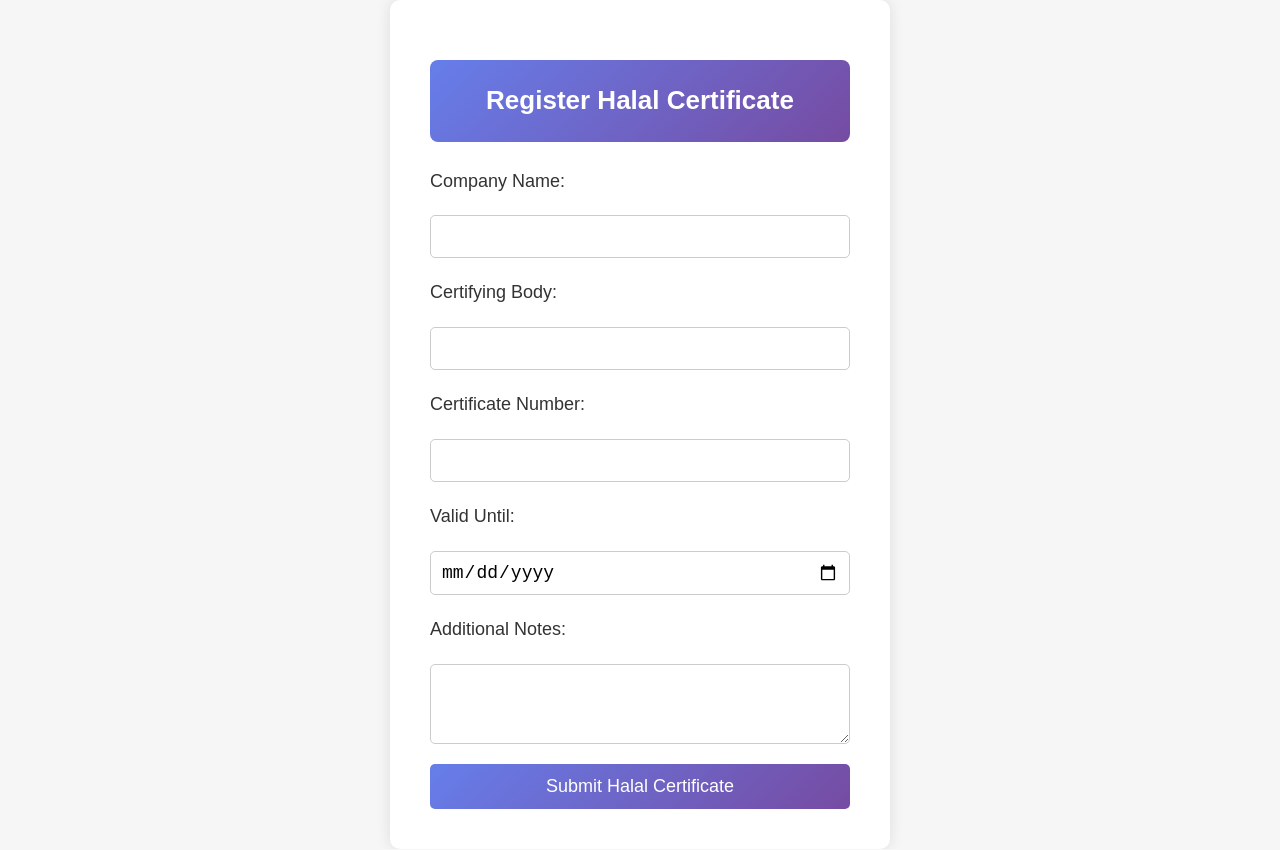
Repository: HarrishPanicker1/Blockchain_Group_AI_Assignment
Page: frontend/adding_halal_certification.html
The author's editor kept a copy of each file at every save. The page is drawn from the files as they stood at one save, then again after a run of saves.
The browser window is 1280 px wide. The pictures show the whole page.

Above is the page before, as saved 2025-06-15 23:14:35.

After the next 2 saves:
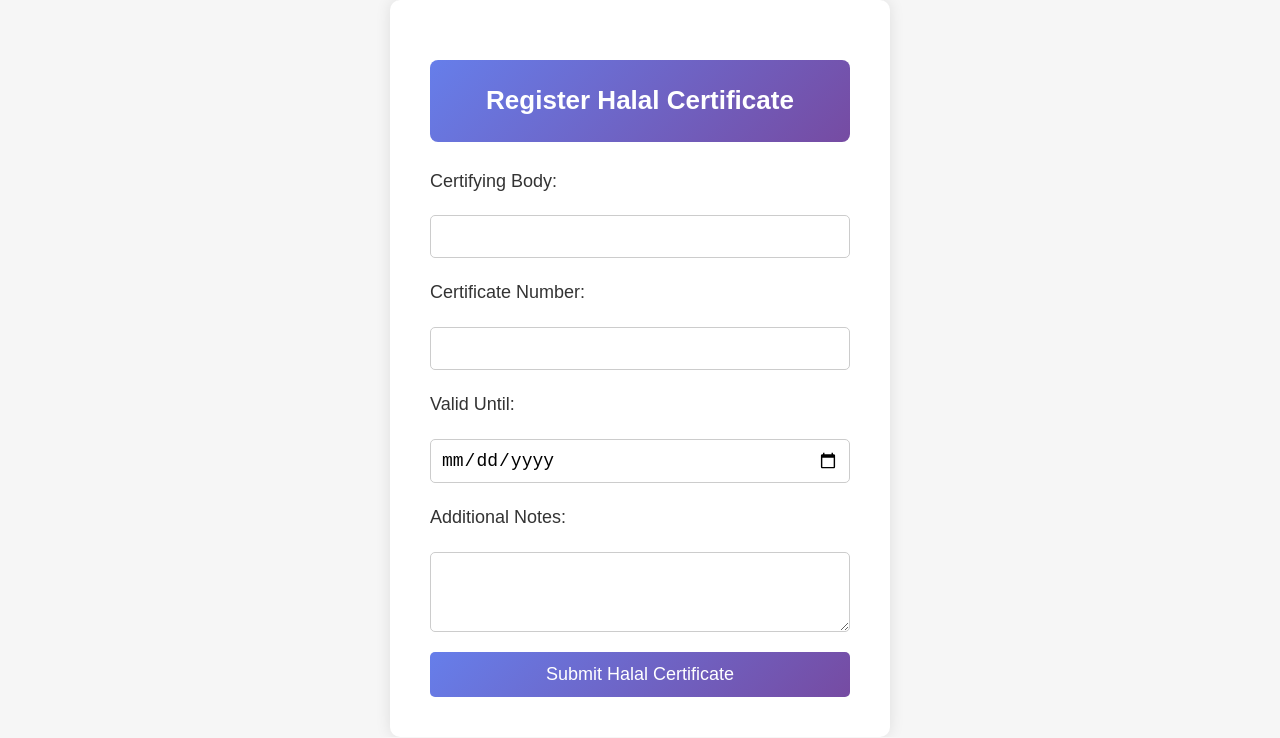
Console error: TypeError: Cannot read properties of null (reading 'addEventListener')
The 2 saves are shown as one change because they came seconds apart.
The last was saved 7 min 51 s later.
--- a/frontend/adding_halal_certification.html
+++ b/frontend/adding_halal_certification.html
@@ -12,9 +12,7 @@
   <div class="form-container">
     <h2>Register Halal Certificate</h2>
 
-    <form id="halalForm">
-      <label for="company">Company Name:</label>
-      <input type="text" id="company" required></select>
+    <form id="halalForm
 
 
       <label for="certBody">Certifying Body:</label>

After the 5 saves that followed:
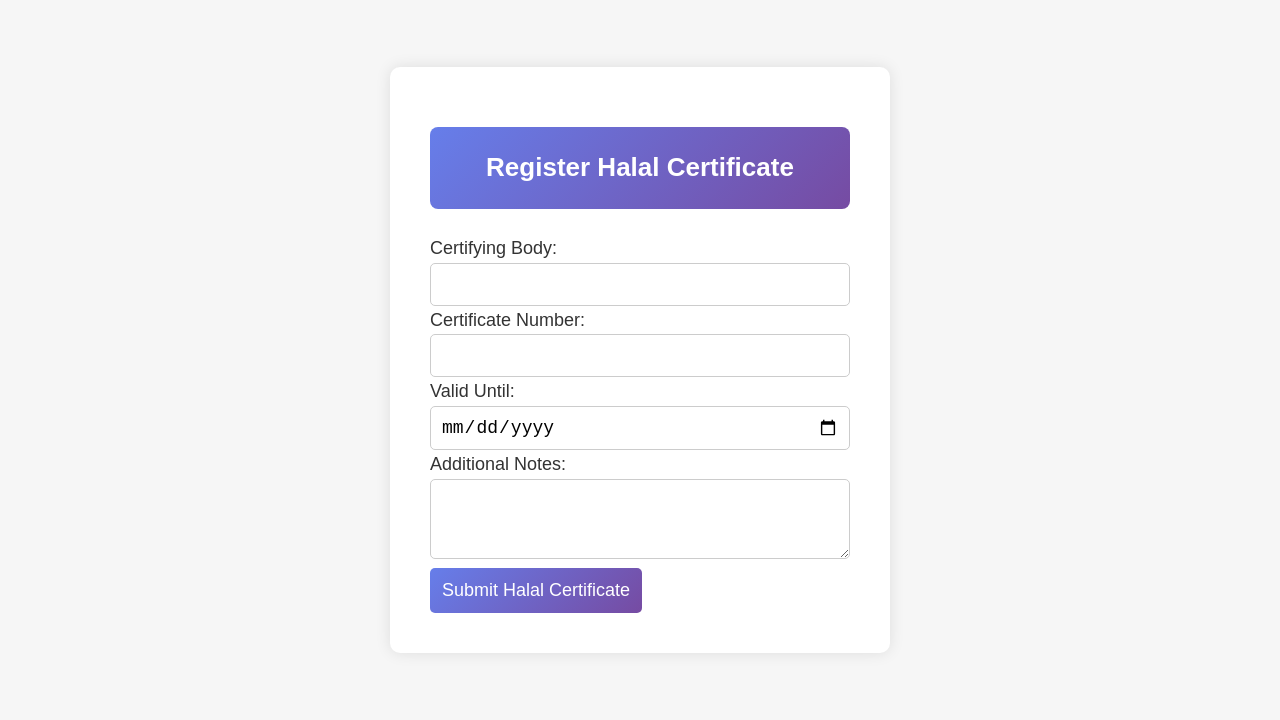
The error is gone.
The 5 saves are shown as one change because they came seconds apart.
The last was saved 12 s later.
--- a/frontend/adding_halal_certification.html
+++ b/frontend/adding_halal_certification.html
@@ -12,8 +12,7 @@
   <div class="form-container">
     <h2>Register Halal Certificate</h2>
 
-    <form id="halalForm
-
+    <form id="halalForm"></form>
 
       <label for="certBody">Certifying Body:</label>
       <input type="text" id="certBody" required />
